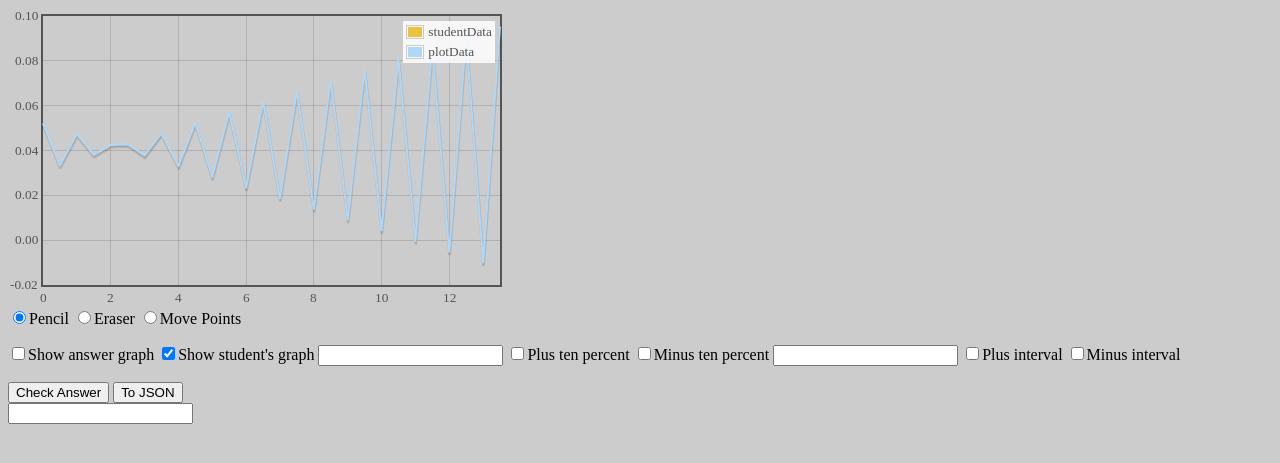
Repository: danmartelly/601autogradeGraphs
Page: flotSketching/tutorView.html
These files come from the project's save history. The page is drawn as it stood at one moment and after the next save; the edit follows.
The browser window is 1280 px wide. The pictures show the whole page.

Above is the page before, as saved 2014-01-29 18:58:26.

### flotSketching/tutorView.html
<html>
<head>
	<title>Let's try Flot</title>
	<link href="test.css" rel="stylesheet" type="text/css">
	<script type="text/javascript" src="flot/jquery.js"></script>
	<script type="text/javascript" src="flot/jquery.flot.js"></script>
	<script type="text/javascript" src="jquery.flot.drawing.js"></script>
	<script type="text/javascript" src="JSON.js"></script>
	<script type="text/javascript" src="test.js"></script>
</head>
<body>
	<div>
		<div id="placeholder" style="width:500px;height:300px"></div>
	</div>
	<form id="tool">
		<input id="pencilRadio" type="radio" name="tool" value="pencil" checked="checked">Pencil
		<input id ="eraserRadio" type="radio" name="tool" value="eraser">Eraser
		<input id="movePointRadio" type="radio" name="tool" value="movePoint">Move Points
	</form>
	<form id="showGraphs">
		<input id="answerCheckbox" type="checkbox" name="tool" value="answerGraph">Show answer graph
		<input id="studentCheckbox" type="checkbox" name="tool" value="studentGraph" checked="checked">Show student's graph
		<input id="percentAmount" type="text" name="tool">
		<input id="plusPercent" type="checkbox" name="tool" value="plusPercent">Plus ten percent
		<input id="minusPercent" type="checkbox" name="tool" value="minusPercent">Minus ten percent
		<input id="intervalAmount" type="text" name="tool">
		<input id="plusInterval" type="checkbox" name="tool" value="plusInterval">Plus interval
		<input id="minusInterval" type="checkbox" name="tool" value="minusInterval">Minus interval
	</form>
	<button id="compareButton" type="button">Check Answer</button>
	<button id="toJSON" type="button">To JSON</button>
	<div id="feedback">
	</div>
	<input type="text" id="jsonText">
</body>
</html>

### flotSketching/test.css
body {
	background-color: #CCCCCC;
}

#content {
	width: 880px;
}

.demo-container {
	width: 700px;
	height: 350px;
}

.demo-placeholder {
	width: 100%;
	height: 100%;
}

### flotSketching/JSON.js
/*
json2.js
2013-05-26

Public Domain.

NO WARRANTY EXPRESSED OR IMPLIED. USE AT YOUR OWN RISK.

See http://www.JSON.org/js.html


This code should be minified before deployment.
See http://javascript.crockford.com/jsmin.html

USE YOUR OWN COPY. IT IS EXTREMELY UNWISE TO LOAD CODE FROM SERVERS YOU DO
NOT CONTROL.


This file creates a global JSON object containing two methods: stringify
and parse.

JSON.stringify(value, replacer, space)
value any JavaScript value, usually an object or array.

replacer an optional parameter that determines how object
values are stringified for objects. It can be a
function or an array of strings.

space an optional parameter that specifies the indentation
of nested structures. If it is omitted, the text will
be packed without extra whitespace. If it is a number,
it will specify the number of spaces to indent at each
level. If it is a string (such as '\t' or '&nbsp;'),
it contains the characters used to indent at each level.

This method produces a JSON text from a JavaScript value.

When an object value is found, if the object contains a toJSON
method, its toJSON method will be called and the result will be
stringified. A toJSON method does not serialize: it returns the
value represented by the name/value pair that should be serialized,
or undefined if nothing should be serialized. The toJSON method
will be passed the key associated with the value, and this will be
bound to the value

For example, this would serialize Dates as ISO strings.

Date.prototype.toJSON = function (key) {
function f(n) {
// Format integers to have at least two digits.
return n < 10 ? '0' + n : n;
}

return this.getUTCFullYear() + '-' +
f(this.getUTCMonth() + 1) + '-' +
f(this.getUTCDate()) + 'T' +
f(this.getUTCHours()) + ':' +
f(this.getUTCMinutes()) + ':' +
f(this.getUTCSeconds()) + 'Z';
};

You can provide an optional replacer method. It will be passed the
key and value of each member, with this bound to the containing
object. The value that is returned from your method will be
serialized. If your method returns undefined, then the member will
be excluded from the serialization.

If the replacer parameter is an array of strings, then it will be
used to select the members to be serialized. It filters the results
such that only members with keys listed in the replacer array are
stringified.

Values that do not have JSON representations, such as undefined or
functions, will not be serialized. Such values in objects will be
dropped; in arrays they will be replaced with null. You can use
a replacer function to replace those with JSON values.
JSON.stringify(undefined) returns undefined.

The optional space parameter produces a stringification of the
value that is filled with line breaks and indentation to make it
easier to read.

If the space parameter is a non-empty string, then that string will
be used for indentation. If the space parameter is a number, then
the indentation will be that many spaces.

Example:

text = JSON.stringify(['e', {pluribus: 'unum'}]);
// text is '["e",{"pluribus":"unum"}]'


text = JSON.stringify(['e', {pluribus: 'unum'}], null, '\t');
// text is '[\n\t"e",\n\t{\n\t\t"pluribus": "unum"\n\t}\n]'

text = JSON.stringify([new Date()], function (key, value) {
return this[key] instanceof Date ?
'Date(' + this[key] + ')' : value;
});
// text is '["Date(---current time---)"]'


JSON.parse(text, reviver)
This method parses a JSON text to produce an object or array.
It can throw a SyntaxError exception.

The optional reviver parameter is a function that can filter and
transform the results. It receives each of the keys and values,
and its return value is used instead of the original value.
If it returns what it received, then the structure is not modified.
If it returns undefined then the member is deleted.

Example:

// Parse the text. Values that look like ISO date strings will
// be converted to Date objects.

myData = JSON.parse(text, function (key, value) {
var a;
if (typeof value === 'string') {
a =
/^(\d{4})-(\d{2})-(\d{2})T(\d{2}):(\d{2}):(\d{2}(?:\.\d*)?)Z$/.exec(value);
if (a) {
return new Date(Date.UTC(+a[1], +a[2] - 1, +a[3], +a[4],
+a[5], +a[6]));
}
}
return value;
});

myData = JSON.parse('["Date(09/09/2001)"]', function (key, value) {
var d;
if (typeof value === 'string' &&
value.slice(0, 5) === 'Date(' &&
value.slice(-1) === ')') {
d = new Date(value.slice(5, -1));
if (d) {
return d;
}
}
return value;
});


This is a reference implementation. You are free to copy, modify, or
redistribute.
*/

/*jslint evil: true, regexp: true */

/*members "", "\b", "\t", "\n", "\f", "\r", "\"", JSON, "\\", apply,
call, charCodeAt, getUTCDate, getUTCFullYear, getUTCHours,
getUTCMinutes, getUTCMonth, getUTCSeconds, hasOwnProperty, join,
lastIndex, length, parse, prototype, push, replace, slice, stringify,
test, toJSON, toString, valueOf
*/


// Create a JSON object only if one does not already exist. We create the
// methods in a closure to avoid creating global variables.

if (typeof JSON !== 'object') {
    JSON = {};
}

(function () {
    'use strict';

    function f(n) {
        // Format integers to have at least two digits.
        return n < 10 ? '0' + n : n;
    }

    if (typeof Date.prototype.toJSON !== 'function') {

        Date.prototype.toJSON = function () {

            return isFinite(this.valueOf())
                ? this.getUTCFullYear() + '-' +
                    f(this.getUTCMonth() + 1) + '-' +
                    f(this.getUTCDate()) + 'T' +
                    f(this.getUTCHours()) + ':' +
                    f(this.getUTCMinutes()) + ':' +
                    f(this.getUTCSeconds()) + 'Z'
                : null;
        };

        String.prototype.toJSON =
            Number.prototype.toJSON =
            Boolean.prototype.toJSON = function () {
                return this.valueOf();
            };
    }

    var cx = /[\u0000\u00ad\u0600-\u0604\u070f\u17b4\u17b5\u200c-\u200f\u2028-\u202f\u2060-\u206f\ufeff\ufff0-\uffff]/g,
        escapable = /[\\\"\x00-\x1f\x7f-\x9f\u00ad\u0600-\u0604\u070f\u17b4\u17b5\u200c-\u200f\u2028-\u202f\u2060-\u206f\ufeff\ufff0-\uffff]/g,
        gap,
        indent,
        meta = { // table of character substitutions
            '\b': '\\b',
            '\t': '\\t',
            '\n': '\\n',
            '\f': '\\f',
            '\r': '\\r',
            '"' : '\\"',
            '\\': '\\\\'
        },
        rep;


    function quote(string) {

// If the string contains no control characters, no quote characters, and no
// backslash characters, then we can safely slap some quotes around it.
// Otherwise we must also replace the offending characters with safe escape
// sequences.

        escapable.lastIndex = 0;
        return escapable.test(string) ? '"' + string.replace(escapable, function (a) {
            var c = meta[a];
            return typeof c === 'string'
                ? c
                : '\\u' + ('0000' + a.charCodeAt(0).toString(16)).slice(-4);
        }) + '"' : '"' + string + '"';
    }


    function str(key, holder) {

// Produce a string from holder[key].

        var i, // The loop counter.
            k, // The member key.
            v, // The member value.
            length,
            mind = gap,
            partial,
            value = holder[key];

// If the value has a toJSON method, call it to obtain a replacement value.

        if (value && typeof value === 'object' &&
                typeof value.toJSON === 'function') {
            value = value.toJSON(key);
        }

// If we were called with a replacer function, then call the replacer to
// obtain a replacement value.

        if (typeof rep === 'function') {
            value = rep.call(holder, key, value);
        }

// What happens next depends on the value's type.

        switch (typeof value) {
        case 'string':
            return quote(value);

        case 'number':

// JSON numbers must be finite. Encode non-finite numbers as null.

            return isFinite(value) ? String(value) : 'null';

        case 'boolean':
        case 'null':

// If the value is a boolean or null, convert it to a string. Note:
// typeof null does not produce 'null'. The case is included here in
// the remote chance that this gets fixed someday.

            return String(value);

// If the type is 'object', we might be dealing with an object or an array or
// null.

        case 'object':

// Due to a specification blunder in ECMAScript, typeof null is 'object',
// so watch out for that case.

            if (!value) {
                return 'null';
            }

// Make an array to hold the partial results of stringifying this object value.

            gap += indent;
            partial = [];

// Is the value an array?

            if (Object.prototype.toString.apply(value) === '[object Array]') {

// The value is an array. Stringify every element. Use null as a placeholder
// for non-JSON values.

                length = value.length;
                for (i = 0; i < length; i += 1) {
                    partial[i] = str(i, value) || 'null';
                }

// Join all of the elements together, separated with commas, and wrap them in
// brackets.

                v = partial.length === 0
                    ? '[]'
                    : gap
                    ? '[\n' + gap + partial.join(',\n' + gap) + '\n' + mind + ']'
                    : '[' + partial.join(',') + ']';
                gap = mind;
                return v;
            }

// If the replacer is an array, use it to select the members to be stringified.

            if (rep && typeof rep === 'object') {
                length = rep.length;
                for (i = 0; i < length; i += 1) {
                    if (typeof rep[i] === 'string') {
                        k = rep[i];
                        v = str(k, value);
                        if (v) {
                            partial.push(quote(k) + (gap ? ': ' : ':') + v);
                        }
                    }
                }
            } else {

// Otherwise, iterate through all of the keys in the object.

                for (k in value) {
                    if (Object.prototype.hasOwnProperty.call(value, k)) {
                        v = str(k, value);
                        if (v) {
                            partial.push(quote(k) + (gap ? ': ' : ':') + v);
                        }
                    }
                }
            }

// Join all of the member texts together, separated with commas,
// and wrap them in braces.

            v = partial.length === 0
                ? '{}'
                : gap
                ? '{\n' + gap + partial.join(',\n' + gap) + '\n' + mind + '}'
                : '{' + partial.join(',') + '}';
            gap = mind;
            return v;
        }
    }

// If the JSON object does not yet have a stringify method, give it one.

    if (typeof JSON.stringify !== 'function') {
        JSON.stringify = function (value, replacer, space) {

// The stringify method takes a value and an optional replacer, and an optional
// space parameter, and returns a JSON text. The replacer can be a function
// that can replace values, or an array of strings that will select the keys.
// A default replacer method can be provided. Use of the space parameter can
// produce text that is more easily readable.

            var i;
            gap = '';
            indent = '';

// If the space parameter is a number, make an indent string containing that
// many spaces.

            if (typeof space === 'number') {
                for (i = 0; i < space; i += 1) {
                    indent += ' ';
                }

// If the space parameter is a string, it will be used as the indent string.

            } else if (typeof space === 'string') {
                indent = space;
            }

// If there is a replacer, it must be a function or an array.
// Otherwise, throw an error.

            rep = replacer;
            if (replacer && typeof replacer !== 'function' &&
                    (typeof replacer !== 'object' ||
                    typeof replacer.length !== 'number')) {
                throw new Error('JSON.stringify');
            }

// Make a fake root object containing our value under the key of ''.
// Return the result of stringifying the value.

            return str('', {'': value});
        };
    }


// If the JSON object does not yet have a parse method, give it one.

    if (typeof JSON.parse !== 'function') {
        JSON.parse = function (text, reviver) {

// The parse method takes a text and an optional reviver function, and returns
// a JavaScript value if the text is a valid JSON text.

            var j;

            function walk(holder, key) {

// The walk method is used to recursively walk the resulting structure so
// that modifications can be made.

                var k, v, value = holder[key];
                if (value && typeof value === 'object') {
                    for (k in value) {
                        if (Object.prototype.hasOwnProperty.call(value, k)) {
                            v = walk(value, k);
                            if (v !== undefined) {
                                value[k] = v;
                            } else {
                                delete value[k];
                            }
                        }
                    }
                }
                return reviver.call(holder, key, value);
            }


// Parsing happens in four stages. In the first stage, we replace certain
// Unicode characters with escape sequences. JavaScript handles many characters
// incorrectly, either silently deleting them, or treating them as line endings.

            text = String(text);
            cx.lastIndex = 0;
            if (cx.test(text)) {
                text = text.replace(cx, function (a) {
                    return '\\u' +
                        ('0000' + a.charCodeAt(0).toString(16)).slice(-4);
                });
            }

// In the second stage, we run the text against regular expressions that look
// for non-JSON patterns. We are especially concerned with '()' and 'new'
// because they can cause invocation, and '=' because it can cause mutation.
// But just to be safe, we want to reject all unexpected forms.

// We split the second stage into 4 regexp operations in order to work around
// crippling inefficiencies in IE's and Safari's regexp engines. First we
// replace the JSON backslash pairs with '@' (a non-JSON character). Second, we
// replace all simple value tokens with ']' characters. Third, we delete all
// open brackets that follow a colon or comma or that begin the text. Finally,
// we look to see that the remaining characters are only whitespace or ']' or
// ',' or ':' or '{' or '}'. If that is so, then the text is safe for eval.

            if (/^[\],:{}\s]*$/
                    .test(text.replace(/\\(?:["\\\/bfnrt]|u[0-9a-fA-F]{4})/g, '@')
                        .replace(/"[^"\\\n\r]*"|true|false|null|-?\d+(?:\.\d*)?(?:[eE][+\-]?\d+)?/g, ']')
                        .replace(/(?:^|:|,)(?:\s*\[)+/g, ''))) {

// In the third stage we use the eval function to compile the text into a
// JavaScript structure. The '{' operator is subject to a syntactic ambiguity
// in JavaScript: it can begin a block or an object literal. We wrap the text
// in parens to eliminate the ambiguity.

                j = eval('(' + text + ')');

// In the optional fourth stage, we recursively walk the new structure, passing
// each name/value pair to a reviver function for possible transformation.

                return typeof reviver === 'function'
                    ? walk({'': j}, '')
                    : j;
            }

// If the text is not JSON parseable, then a SyntaxError is thrown.

            throw new SyntaxError('JSON.parse');
        };
    }
}());

### flotSketching/test.js
$(function() {

	var answerData = {
		label: "answerData"
		, data: []
	};
	for (var i = 0; i < 14; i += 0.5) {
		answerData.data.push([i, Math.sin(i)]);
	}

	var plotData = {
		label: "plotData"
		, data: []
	};
	function genericSin(x, amp, freq, xShift, offset) {
		return amp*Math.sin(2*Math.PI*freq*(x - xShift)) + offset
	}
	for (var i = 0; i < 14; i += 0.5) {
		plotData.data.push([i, genericSin(i, 2.15452795, 0.99964759, 0.99957028, 0.04148915)]);
	}

	var studentData = {
		label: "studentData"
		, data: []
		, points: { show: true }
		, lines: { show: true }
	};
	var plot = null;

	var rePlot = function() {
		var allData = [];
		if ($("#studentCheckbox").prop("checked")) {
			allData.push(studentData);
		}
		if ($("#answerCheckbox").prop("checked")) {
			allData.push(answerData);
		}
		allData.push(plotData);

		var percentage = parseFloat($("#percentAmount").val());
		if ($("#plusPercent").prop("checked")) {
			var change = 1 + percentage;
			var moreData = [];
			$.each(answerData.data, function(index, value) {
				moreData.push([value[0], value[1]*change]);
			});
			allData.push({
				label: "plusPercent"
				, data: moreData
			});
		}
		if ($("#minusPercent").prop("checked")) {
			var change = 1 - percentage;
			var moreData = [];
			$.each(answerData.data, function(index, value) {
				moreData.push([value[0], value[1]*change]);
			});
			allData.push({
				label: "minusPercent"
				, data: moreData
			});
		}
		var interval = parseFloat($("#intervalAmount").val(), 10);
		if ($("#plusInterval").prop("checked")) {
			var moreData = [];
			$.each(answerData.data, function(index, value) {
				moreData.push([value[0], value[1]+interval]);
			});
			allData.push({
				label: "plusInterval"
				, data: moreData
			});
		}
		if ($("#minusInterval").prop("checked")) {
			var moreData = [];
			$.each(answerData.data, function(index, value) {
				moreData.push([value[0], value[1]-interval]);
			});
			allData.push({
				label: "minusInterval"
				, data: moreData
			});
		}

		plot = $.plot($("#placeholder"), allData, {

		});
	};
	rePlot();

	$("#placeholder").bind("plothover", function (event, pos, item) {
		//mouse position
		var str = "mouse: (" + pos.x.toFixed(2) + ", " + pos.y.toFixed(2) + ")";
		//check datapoint
		if (item) {
			var x = item.datapoint[0].toFixed(2),
				y = item.datapoint[1].toFixed(2);
			str += "\nData: (" + x + ", " + y + ")";
		}
		$("#feedback").text(str);
	});

	$("#showGraphs").change(rePlot);

	$("#compareButton").click(function(e) {
		var xaxis = plot.getAxes().xaxis;
		var minx = xaxis.datamin;
		var maxx = xaxis.datamax;
		var s = plot.getData();
		var refArray = s[1].data;
		var otherArray = s[0].data;
		var compareResult = compareData(refArray, otherArray, minx, maxx, (maxx-minx)/10);
		$("#feedback").text(compareResult["variance"]);
	});

	$("#toJSON").click(function(e) {
		var jsonData = JSON.stringify(plot.getData());
		$("#jsonText").val(jsonData);
	});

	// way to compare the data
	function compareData(refArray, otherArray, loLimit, hiLimit, interval) {
		// find variance
		var variance;
		var counter = 0;
		var squareTotal = 0;
		for (var x = loLimit; x <= hiLimit; x = x + interval) {
			counter++;
			var refy = linearInterpolate(refArray, x);
			var othery = linearInterpolate(otherArray, x);
			squareTotal += Math.pow((refy - othery), 2);
		}
		variance = squareTotal/counter;
		return {
			"variance":variance,
		};
	}

	// Take in an array and an x value, and linearly interpolate to find the
	// associated y value
	function linearInterpolate(dataArray, x) {
		var before = null, after = null;
		for (var i = 0; i < dataArray.length; i++) {
			if (dataArray[i][0] > x) {
				after = dataArray[i];
				before = dataArray[i-1];
				break;
			}
		}
		if (before == undefined) {
			return after[1];
		} else {
			//linearly interpolate at this point
			var x0 = before[0];
			var y0 = before[1];
			var x1 = after[0];
			var y1 = after[1];
			return y0 + (y1 - y0)*(x - x0)/(x1 - x0);
		}
	}


});

Loaded but not shown: flotSketching/flot/jquery.js (library); flotSketching/flot/jquery.flot.js (library); flotSketching/jquery.flot.drawing.js (library)

After the next save:
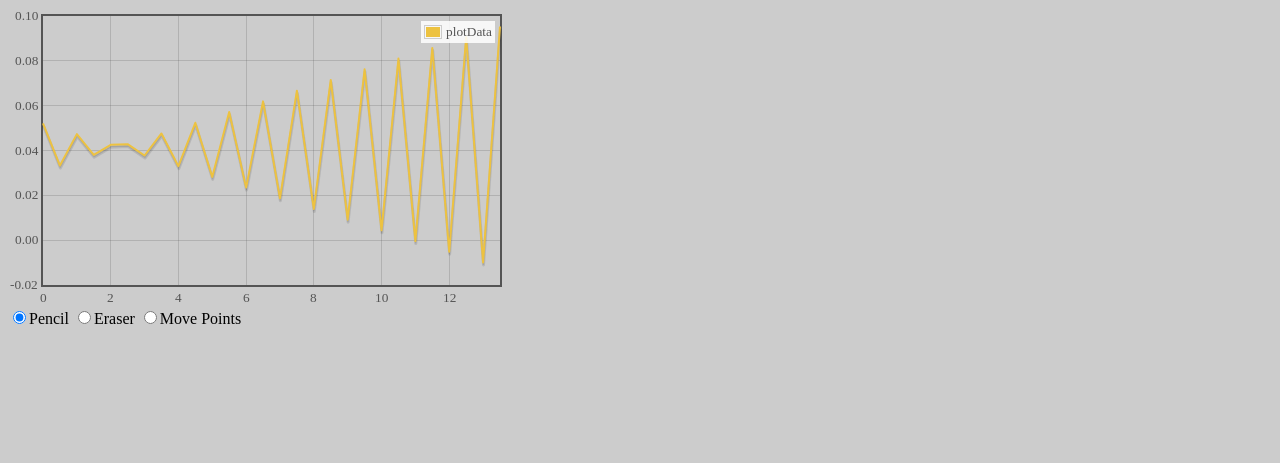
Saved 20 s later.
--- a/flotSketching/tutorView.html
+++ b/flotSketching/tutorView.html
@@ -11,26 +11,11 @@
 <body>
 	<div>
 		<div id="placeholder" style="width:500px;height:300px"></div>
-	</div>
-	<form id="tool">
+		<form id="tool">
 		<input id="pencilRadio" type="radio" name="tool" value="pencil" checked="checked">Pencil
 		<input id ="eraserRadio" type="radio" name="tool" value="eraser">Eraser
 		<input id="movePointRadio" type="radio" name="tool" value="movePoint">Move Points
 	</form>
-	<form id="showGraphs">
-		<input id="answerCheckbox" type="checkbox" name="tool" value="answerGraph">Show answer graph
-		<input id="studentCheckbox" type="checkbox" name="tool" value="studentGraph" checked="checked">Show student's graph
-		<input id="percentAmount" type="text" name="tool">
-		<input id="plusPercent" type="checkbox" name="tool" value="plusPercent">Plus ten percent
-		<input id="minusPercent" type="checkbox" name="tool" value="minusPercent">Minus ten percent
-		<input id="intervalAmount" type="text" name="tool">
-		<input id="plusInterval" type="checkbox" name="tool" value="plusInterval">Plus interval
-		<input id="minusInterval" type="checkbox" name="tool" value="minusInterval">Minus interval
-	</form>
-	<button id="compareButton" type="button">Check Answer</button>
-	<button id="toJSON" type="button">To JSON</button>
-	<div id="feedback">
 	</div>
-	<input type="text" id="jsonText">
 </body>
 </html>
